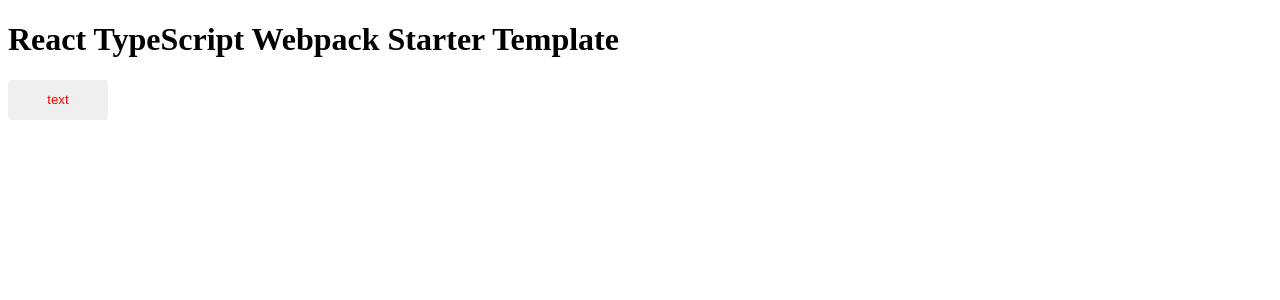
Repository: Paveldub/photo-mvp
Page: /
An editor plug-in stored every save of this project. The page is shown before and after the next save, followed by the edit.
The browser window is 1280 px wide. The pictures show the whole page.
The project was rebuilt for these pictures with package versions that can differ from the ones it lists, and the page was loaded fresh each time. Also part of the build but not shown: webpack.config.js.

Above is the page before, as saved 2021-06-10 17:29:25.

After the next save:
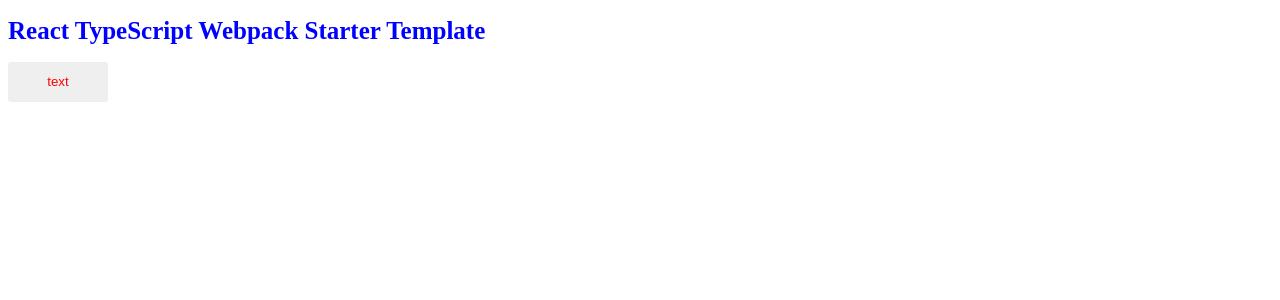
Saved 6 s later.
--- a/src/App.tsx
+++ b/src/App.tsx
@@ -5,7 +5,7 @@
 export const App = () => {
   return (
     <>
-      <h1>React TypeScript Webpack Starter Template</h1>
+      <Title>React TypeScript Webpack Starter Template</Title>
       <Button>text</Button>
     </>
   )
